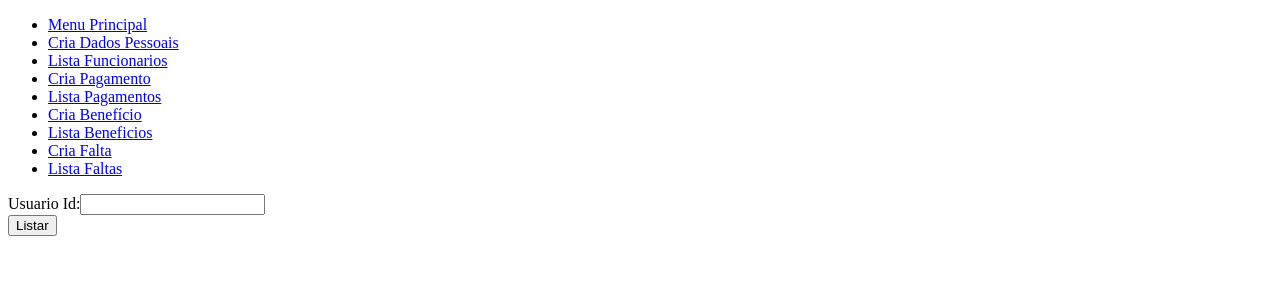
Repository: engcarlosrosa/big_data_proj
Page: rhcontroller/WebContent/lista_funcionarios.html
These files come from the project's save history. The page is drawn as it stood at one moment and after the next save; the edit follows.
The browser window is 1280 px wide. The pictures show the whole page.

Above is the page before, as saved 2018-09-18 22:05:00.
Console error: TypeError: Cannot set properties of null (setting 'value')

After the next save:
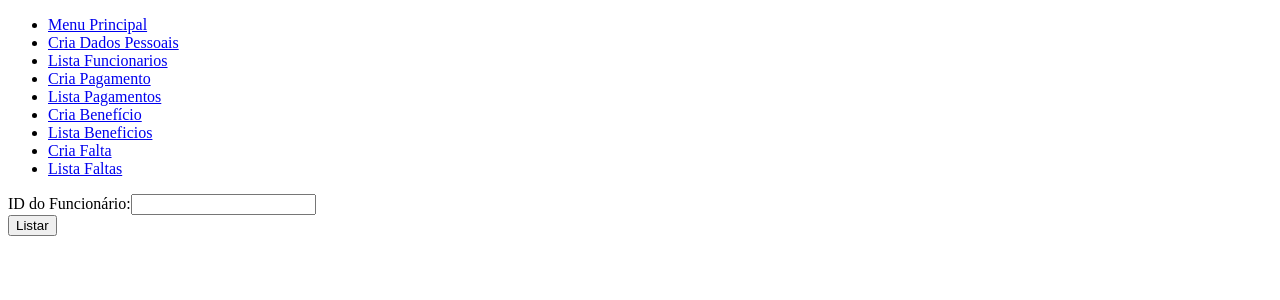
Saved 26 min 16 s later.
--- a/rhcontroller/WebContent/lista_funcionarios.html
+++ b/rhcontroller/WebContent/lista_funcionarios.html
@@ -17,7 +17,7 @@
   <li><a href="ServiceListaFaltas">Lista Faltas</a></li>
 </ul>
 <form name="myForm" id="myForm" action="ServiceListaFuncionarios" method="post">
- 	Usuario Id:<input name="usuario_id" type="text" id="id">
+ 	ID do Funcionário:<input name="id_funcionario" type="text" id="id">
  	<br>
     <input type="submit" value="Listar">
 </form>
